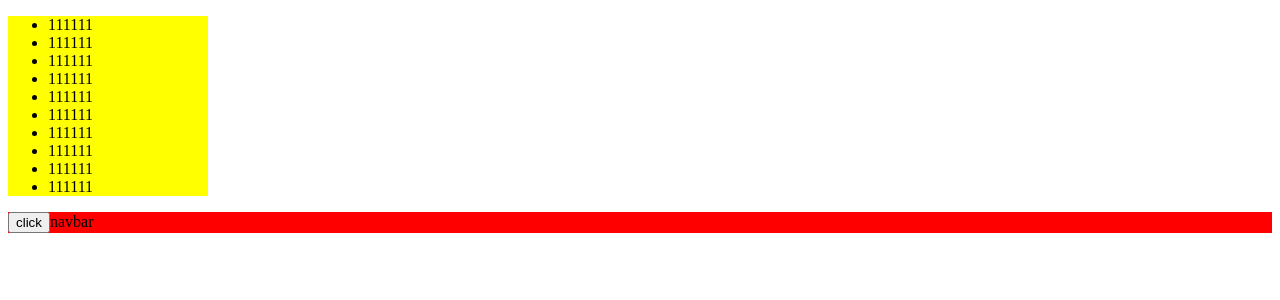
Repository: zenghao518518/React
Page: /
An editor plug-in stored every save of this project. The page is shown before and after the next save, followed by the edit.
The browser window is 1280 px wide. The pictures show the whole page.
The project was rebuilt for these pictures with package versions that can differ from the ones it lists, and the page was loaded fresh each time.

Above is the page before, as saved 2023-08-02 13:59:14.

After the next save:
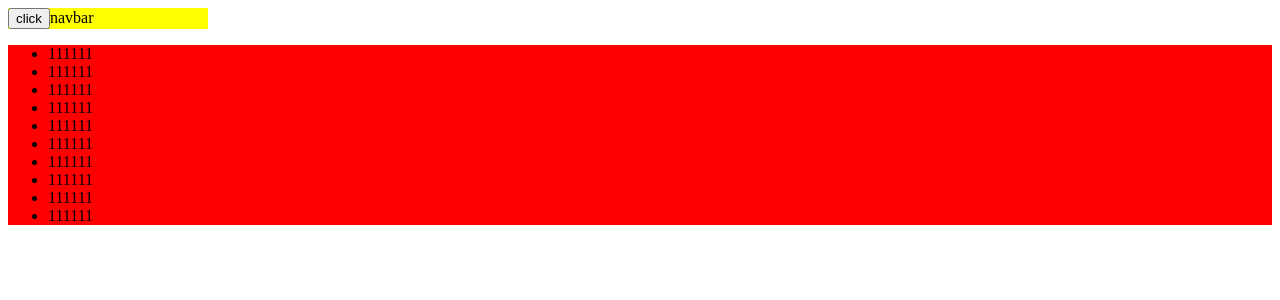
Saved 36 s later.
--- a/src/02-advanced/01-子传父.js
+++ b/src/02-advanced/01-子传父.js
@@ -4,7 +4,19 @@ class Navbar extends Component {
   render() {
     return (
       <div style={{ background: "yellow",width:"200px" }}>
-        <ul>
+          <button>click</button>
+          <span>navbar</span>
+      </div>
+    );
+  }
+}
+
+class Sidebar extends Component {
+    render() {
+      return (
+        <div style={{ background: "red" }}>
+
+          <ul>
             <li>111111</li>
             <li>111111</li>
             <li>111111</li>
@@ -16,17 +28,7 @@ class Navbar extends Component {
             <li>111111</li>
             <li>111111</li>
         </ul>
-      </div>
-    );
-  }
-}
 
-class Sidebar extends Component {
-    render() {
-      return (
-        <div style={{ background: "red" }}>
-          <button>click</button>
-          <span>navbar</span>
         </div>
       );
     }
